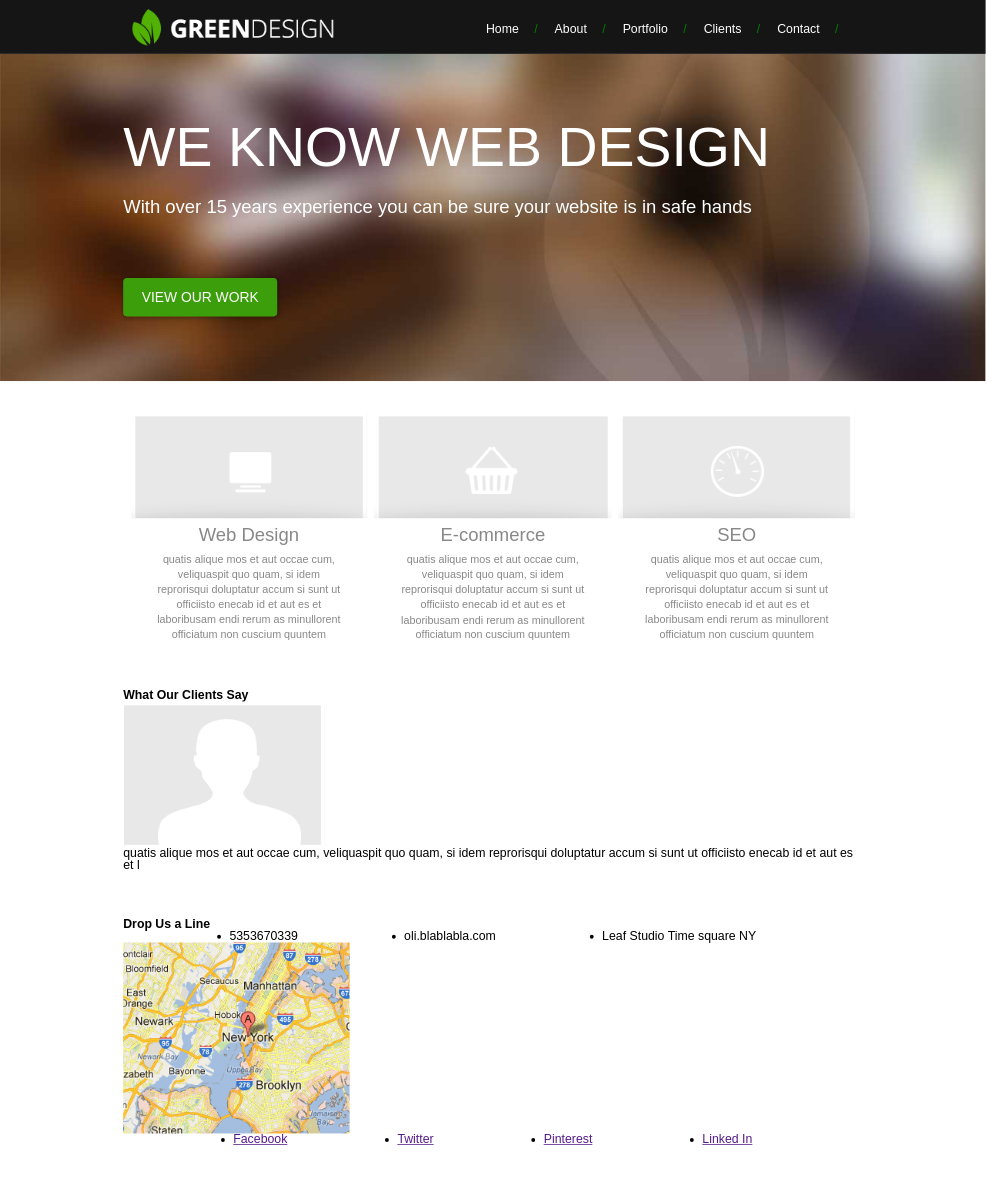
Repository: Piterwk1/psd-to-html
Page: website/index.html
An editor plug-in stored every save of this project. The page is shown before and after the next save, followed by the edit.
The browser window is 1280 px wide. The pictures show the whole page, at 77% of full size.

Above is the page before, as saved 2021-09-14 21:25:58.

After the next save:
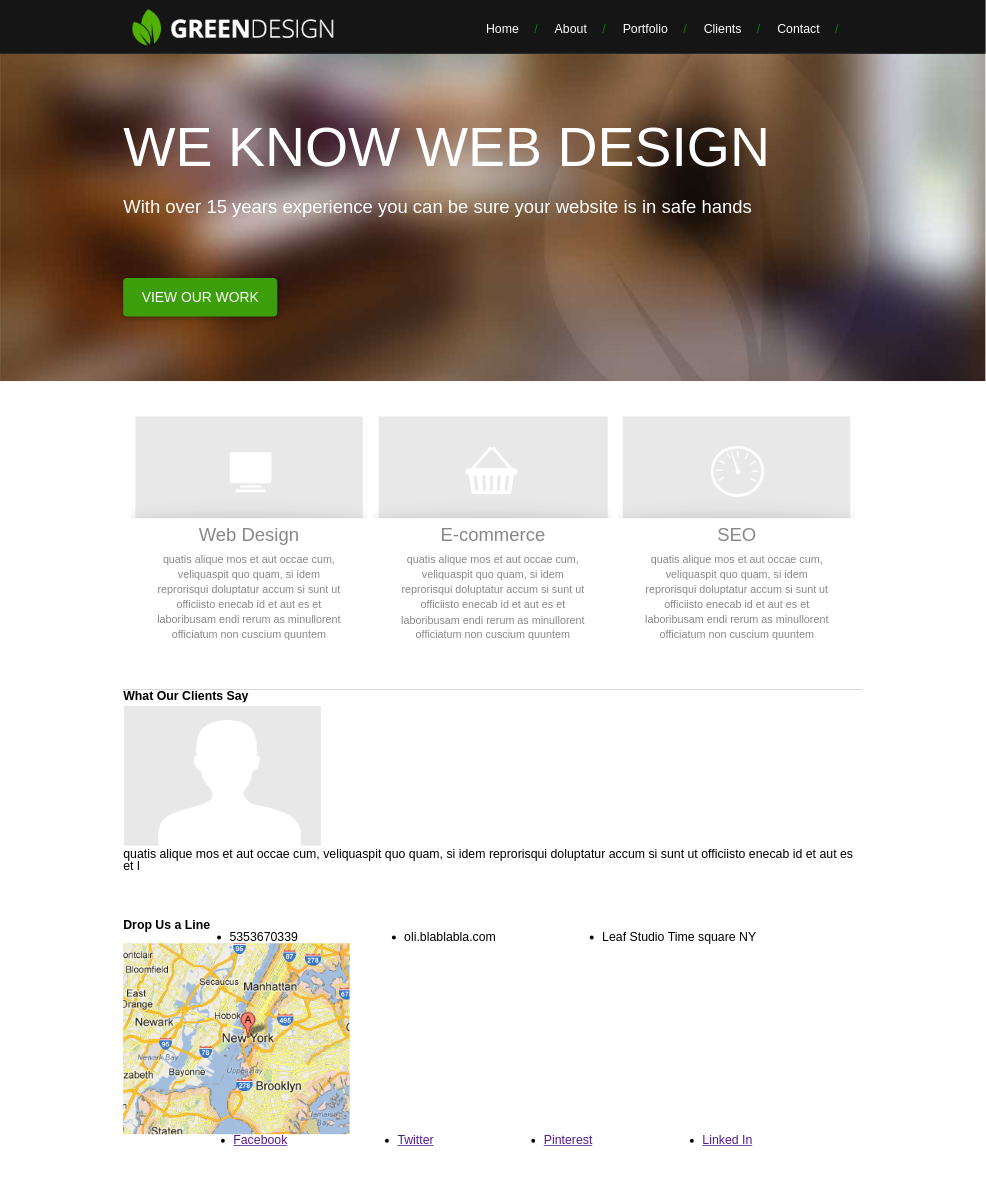
Saved 3 min 29 s later.
--- a/website/style.css
+++ b/website/style.css
@@ -321,3 +321,7 @@ section ul {
     color: #888;
     line-height: 1.4em;
 }
+
+#clients {
+    border-top: 1px solid #ccc;
+}
